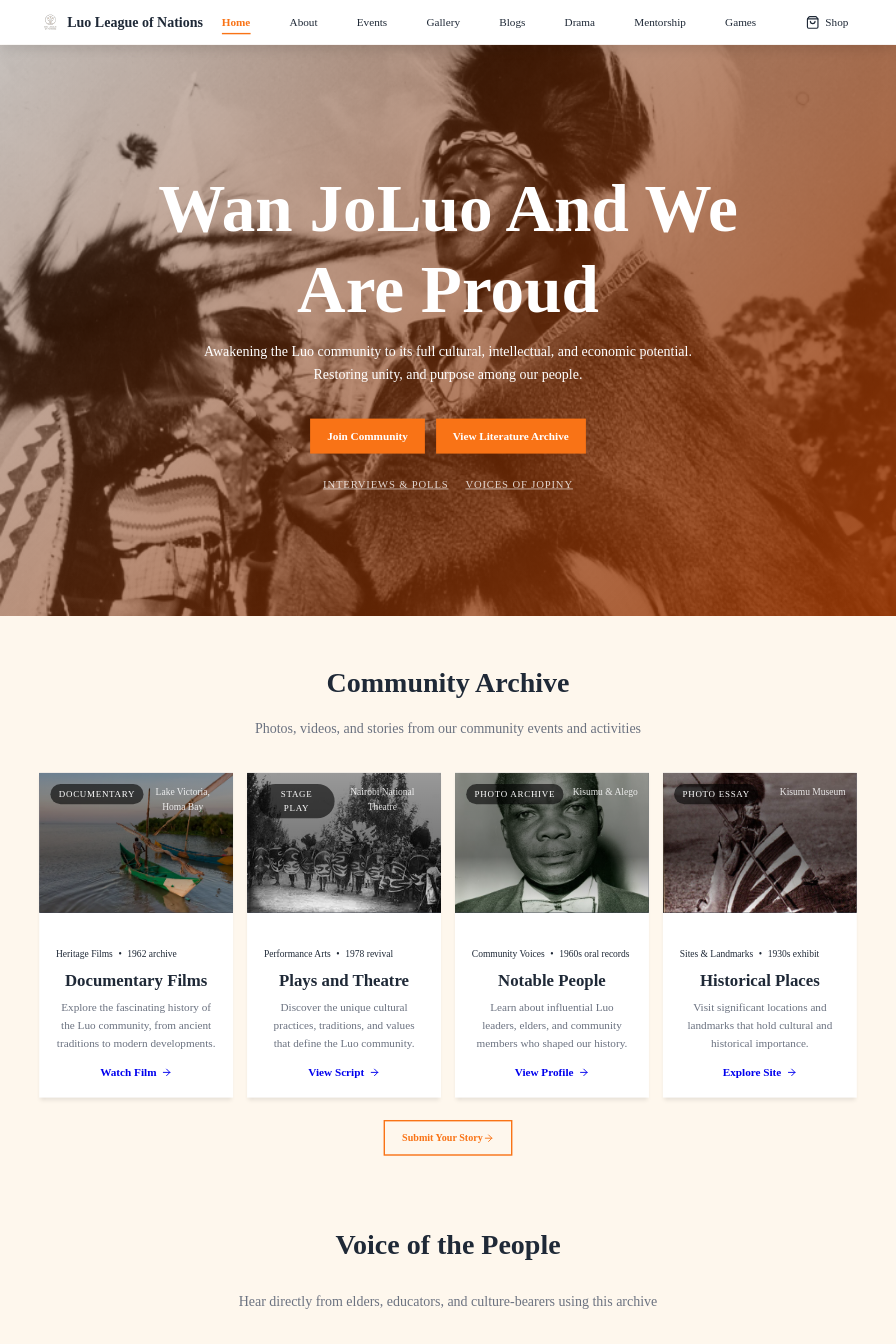
Repository: ianfranko/luo-community-history
Page: /
The author's editor kept a copy of each file at every save. The page is drawn from the files as they stood at one save, then again after the next save.
The browser window is 1280 px wide. The pictures show the part of the page from y = 0 to 1920 px (the page is 4169 px tall before and 4150 px after), at 70% of full size.
The project was rebuilt for these pictures with package versions that can differ from the ones it lists, and the page was loaded fresh each time. The framework's server and built-in components were replaced by stand-ins that run in the browser. Also part of the build but not shown: next.config.ts.

Above is the page before, as saved 2025-11-23 12:30:47.

### src/app/layout.tsx
import type { Metadata } from "next";
import { Geist, Geist_Mono } from "next/font/google";
import "./globals.css";
import Layout from "@/components/Layout";

const geistSans = Geist({
  variable: "--font-geist-sans",
  subsets: ["latin"],
});

const geistMono = Geist_Mono({
  variable: "--font-geist-mono",
  subsets: ["latin"],
});

export const metadata: Metadata = {
  title: "Luo League of Nations",
  description: "Preserving and sharing the rich cultural heritage and history of the Luo people",
  icons: {
    icon: "/LLNLOGO.svg",
    shortcut: "/LLNLOGO.svg",
    apple: "/LLNLOGO.svg",
  },
};

export default function RootLayout({
  children,
}: Readonly<{
  children: React.ReactNode;
}>) {
  return (
    <html lang="en">
      <body
        className={`${geistSans.variable} ${geistMono.variable} antialiased`}
      >
        <Layout>{children}</Layout>
      </body>
    </html>
  );
}

### src/app/globals.css
/* Reset and base styles */
* {
  margin: 0;
  padding: 0;
  box-sizing: border-box;
}

:root {
  --primary-color: #f97316;
  --secondary-color: #eab308;
  --accent-color: #ea580c;
  --text-dark: #1f2937;
  --text-light: #6b7280;
  --bg-light: #fef7ed;
  --bg-white: #ffffff;
  --border-color: #e5e7eb;
  --shadow: 0 4px 6px -1px rgba(0, 0, 0, 0.1);
  --shadow-lg: 0 10px 15px -3px rgba(0, 0, 0, 0.1);
  --font-sans: var(--font-geist-sans), system-ui, -apple-system, sans-serif;
  --font-mono: var(--font-geist-mono), 'Courier New', monospace;

  /* New Colors */
  --forest-green: #2E7D32;
  --lake-blue: #0277BD;
  --cream: #F5F5DC;
}

body {
  font-family: var(--font-sans);
  line-height: 1.6;
  color: var(--text-dark);
  background-color: var(--bg-light);
}

/* Utility classes */
.container {
  max-width: 1200px;
  margin: 0 auto;
  padding: 0 1rem;
}

.flex {
  display: flex;
}

.flex-col {
  flex-direction: column;
}

.items-center {
  align-items: center;
}

.justify-center {
  justify-content: center;
}

.justify-between {
  justify-content: space-between;
}

.text-center {
  text-align: center;
}

.grid {
  display: grid;
}

.grid-cols-1 {
  grid-template-columns: repeat(1, minmax(0, 1fr));
}

.grid-cols-2 {
  grid-template-columns: repeat(2, minmax(0, 1fr));
}

.grid-cols-3 {
  grid-template-columns: repeat(3, minmax(0, 1fr));
}

.gap-2 {
  gap: 0.5rem;
}

.gap-4 {
  gap: 1rem;
}

.gap-6 {
  gap: 1.5rem;
}

.gap-8 {
  gap: 2rem;
}

.space-y-4 > * + * {
  margin-top: 1rem;
}

.space-y-6 > * + * {
  margin-top: 1.5rem;
}

.space-y-8 > * + * {
  margin-top: 2rem;
}

/* Typography */
.text-sm {
  font-size: 0.875rem;
}

.text-base {
  font-size: 1rem;
}

.text-lg {
  font-size: 1.125rem;
}

.text-xl {
  font-size: 1.25rem;
}

.text-2xl {
  font-size: 1.5rem;
}

.text-3xl {
  font-size: 1.875rem;
}

.text-4xl {
  font-size: 2.25rem;
}

.text-5xl {
  font-size: 6rem;
}

.font-semibold {
  font-weight: 600;
}

.font-bold {
  font-weight: 700;
}

/* Colors */
.text-primary {
  color: var(--primary-color);
}

.text-secondary {
  color: var(--secondary-color);
}

.text-gray-600 {
  color: var(--text-light);
}

.text-gray-700 {
  color: #374151;
}

.text-gray-800 {
  color: #1f2937;
}

.text-white {
  color: white;
}

.bg-primary {
  background-color: var(--primary-color);
}

.bg-secondary {
  background-color: var(--secondary-color);
}

.bg-white {
  background-color: var(--bg-white);
}

.bg-gradient {
  background: linear-gradient(135deg, var(--primary-color), var(--secondary-color));
}

/* New Color Utilities */
.text-forest-green {
  color: var(--forest-green);
}

.text-lake-blue {
  color: var(--lake-blue);
}

.bg-forest-green {
  background-color: var(--forest-green);
}

.bg-lake-blue {
  background-color: var(--lake-blue);
}

.bg-cream {
  background-color: var(--cream);
}

.border-forest-green {
  border-color: var(--forest-green);
}

.border-lake-blue {
  border-color: var(--lake-blue);
}

/* Spacing */
.p-4 {
  padding: 1rem;
}

.p-6 {
  padding: 1.5rem;
}

.p-8 {
  padding: 2rem;
}

.py-4 {
  padding-top: 1rem;
  padding-bottom: 1rem;
}

.py-8 {
  padding-top: 2rem;
  padding-bottom: 2rem;
}

.py-12 {
  padding-top: 3rem;
  padding-bottom: 3rem;
}

.py-16 {
  padding-top: 4rem;
  padding-bottom: 4rem;
}

.px-4 {
  padding-left: 1rem;
  padding-right: 1rem;
}

.px-6 {
  padding-left: 1.5rem;
  padding-right: 1.5rem;
}

.m-4 {
  margin: 1rem;
}

.mb-4 {
  margin-bottom: 1rem;
}

.mb-6 {
  margin-bottom: 1.5rem;
}

.mb-8 {
  margin-bottom: 2rem;
}

.mt-8 {
  margin-top: 2rem;
}

/* Border and shadow */
.rounded {
  border-radius: 0.25rem;
}

.rounded-lg {
  border-radius: 0.5rem;
}

.rounded-xl {
  border-radius: 0.75rem;
}

.shadow {
  box-shadow: var(--shadow);
}

.shadow-lg {
  box-shadow: var(--shadow-lg);
}

.border {
  border: 1px solid var(--border-color);
}

/* Button styles */
.btn {
  display: inline-flex;
  align-items: center;
  justify-content: center;
  padding: 0.75rem 1.5rem;
  border-radius: 0rem;
  font-weight: 600;
  text-decoration: none;
  transition: all 0.2s ease;
  cursor: pointer;
  border: none;
}

.btn-primary {
  background-color: var(--primary-color);
  color: white;
}

.btn-primary:hover {
  background-color: var(--accent-color);
  transform: translateY(-1px);
}

.btn-secondary {
  background-color: var(--secondary-color);
  color: white;
}

.btn-secondary:hover {
  background-color: #ca8a04;
  transform: translateY(-1px);
}

.btn-outline {
  background-color: transparent;
  color: var(--primary-color);
  border: 2px solid var(--primary-color);
}

.btn-outline:hover {
  background-color: var(--primary-color);
  color: white;
}

/* Card styles */
.card {
  background-color: var(--bg-white);
  border-radius: 0rem;
  box-shadow: var(--shadow);
  overflow: hidden;
  transition: transform 0.2s ease, box-shadow 0.2s ease;
}

.card:hover {
  transform: translateY(-2px);
  box-shadow: var(--shadow-lg);
}

.card-body {
  padding: 1.5rem;
}

.card-title {
  font-size: 1.25rem;
  font-weight: 600;
  margin-bottom: 0.5rem;
}

.card-text {
  color: var(--text-light);
  line-height: 1.6;
}

/* Responsive design */
@media (min-width: 768px) {
  .md\:grid-cols-2 {
    grid-template-columns: repeat(2, minmax(0, 1fr));
  }

  .md\:grid-cols-3 {
    grid-template-columns: repeat(3, minmax(0, 1fr));
  }

  .md\:flex {
    display: flex;
  }

  .md\:flex-row {
    flex-direction: row;
  }

  .md\:justify-center {
    justify-content: center;
  }

  .md\:gap-4 {
    gap: 1rem;
  }

  .md\:flex-wrap {
    flex-wrap: wrap;
  }

  .md\:text-left {
    text-align: left;
  }

  .md\:px-6 {
    padding-left: 1.5rem;
    padding-right: 1.5rem;
  }

  .md\:py-16 {
    padding-top: 4rem;
    padding-bottom: 4rem;
  }
}

@media (min-width: 1024px) {
  .lg\:grid-cols-3 {
    grid-template-columns: repeat(3, minmax(0, 1fr));
  }

  .lg\:grid-cols-4 {
    grid-template-columns: repeat(4, minmax(0, 1fr));
  }

  .lg\:px-8 {
    padding-left: 2rem;
    padding-right: 2rem;
  }

  .lg\:py-20 {
    padding-top: 5rem;
    padding-bottom: 5rem;
  }
}

/* Hero section styles */
.hero {
  background: linear-gradient(135deg, rgba(51, 23, 3, 0.2), rgba(156, 56, 3, 0.9)),
              url('/COLLECTIE_TROPENMUSEUM_Luo_dansers_in_krijgskostuum_tijdens_de_Eldoret_Agricultural_Show_TMnr_20014318.jpg') center/cover no-repeat;
  color: white;
  padding: 11rem 0rem; /* base padding for desktop */
  position: relative;
  overflow: hidden;
}

.hero::before {
  content: '';
  position: absolute;
  inset: 0;
  background:
    rgba(0, 0, 0, 0.85),
    url("data:[embedded picture, 296 characters]");
  background-size: cover;
  pointer-events: none;
  z-index: 1;
}

.hero > * {
  position: relative;
  z-index: 2;
}

.hero-content {
  position: relative;
  z-index: 1;
  max-width: 900px;
  margin: 0 auto;
  text-align: center;
}

/* Scalable heading and text */
.hero-content h1 {
  font-weight: 700;
  line-height: 1.2;
  margin-bottom: 1rem;
}

.hero-content p {
  line-height: 1.6;
  margin-bottom: 2rem;
}

/* Mobile-specific adjustments */
@media (max-width: 767px) {
  .hero {
    padding: 6rem 1rem;
  }

  .hero-content {
    text-align: center;
  }

  .hero-content h1 {
    font-size: clamp(1.5rem, 6vw, 3rem);
  }

  .hero-content p {
    font-size: clamp(0.9rem, 4vw, 1.1rem);
  }
}


/* Search styles */
.search-container {
  position: relative;
  max-width: 500px;
  margin: 0 auto;
}

.search-input {
  width: 100%;
  padding: 1rem 1.5rem;
  border-radius: 2rem;
  border: none;
  background-color: rgba(255, 255, 255, 0.9);
  font-size: 1rem;
  outline: none;
  transition: all 0.2s ease;
}

.search-input:focus {
  background-color: white;
  box-shadow: 0 0 0 3px rgba(249, 115, 22, 0.3);
}

.search-button {
  position: absolute;
  right: 0.5rem;
  top: 50%;
  transform: translateY(-50%);
  background-color: var(--primary-color);
  border: none;
  border-radius: 50%;
  width: 2.5rem;
  height: 2.5rem;
  display: flex;
  align-items: center;
  justify-content: center;
  cursor: pointer;
  transition: background-color 0.2s ease;
}

.search-button:hover {
  background-color: var(--accent-color);
}

/* Section styles */
.section {
  padding: 4rem 0;
}

.section-title {
  font-size: 2.5rem;
  font-weight: 700;
  text-align: center;
  margin-bottom: 1rem;
  color: var(--text-dark);
}

.section-subtitle {
  font-size: 1.25rem;
  text-align: center;
  color: var(--text-light);
  margin-bottom: 3rem;
  max-width: 600px;
  margin-left: auto;
  margin-right: auto;
}

.cta-card {
  background: rgba(255, 255, 255, 0.08);
  border: 1px solid rgba(255, 255, 255, 0.2);
  border-radius: 20px;
  padding: 2rem;
  backdrop-filter: blur(12px);
  box-shadow: 0 25px 45px rgba(0, 0, 0, 0.25);
  color: white;
  text-align: left;
}

.cta-card-orange {
  background: linear-gradient(135deg, rgba(249, 116, 22, 0.551), rgba(234, 88, 12, 0.85));
  backdrop-filter: blur(10px);
  color: white;
  border-radius: 16px;
  box-shadow: 0 10px 25px rgba(0,0,0,0.25);
}



.cta-stat {
  font-size: clamp(2.5rem, 4vw, 3.5rem);
  font-weight: 700;
  line-height: 1;
}

.cta-label {
  margin-top: 0.75rem;
  font-size: 0.95rem;
  letter-spacing: 0.12em;
  text-transform: uppercase;
  color: rgba(255, 255, 255, 0.85);
}

.cta-body {
  margin-top: 1rem;
  font-size: 1.05rem;
  line-height: 1.6;
  color: rgba(255, 255, 255, 0.95);
}

/* Feature grid */
.feature-grid {
  display: grid;
  grid-template-columns: repeat(auto-fit, minmax(300px, 2fr));
  gap: 2rem;
  margin-top: 3rem;
}

.feature-card {
  background-color: var(--bg-white);
  padding: 2rem;
  border-radius: 0rem;
  box-shadow: var(--shadow);
  text-align: center;
  transition: transform 0.2s ease, box-shadow 0.2s ease;
}

.feature-card:hover {
  transform: translateY(-4px);
  box-shadow: var(--shadow-lg);
}

.gallery-card-image {
  width: 100%;
  height: 200px;
  margin-bottom: 1.5rem;
  border-radius: 0rem;
  overflow: hidden;
  background-color: #0f172a;
  position: relative;
}

.feature-icon {
  width: 4rem;
  height: 4rem;
  background: var(--bg-gradient);
  border-radius: 50%;
  display: flex;
  align-items: center;
  justify-content: center;
  margin: 0 auto 1.5rem;
  color: white;
}

.feature-title {
  font-size: 1.5rem;
  font-weight: 600;
  margin-bottom: 1rem;
  color: var(--text-dark);
}

.feature-description {
  color: var(--text-light);
  line-height: 1.6;
}

/* Testimonials grid */
.testimonial-grid {
  display: grid;
  grid-template-columns: repeat(auto-fit, minmax(280px, 1fr));
  gap: 1.5rem; /* slightly reduced for small screens */
  margin-top: 3rem;
  padding: 0 1rem;
}

.testimonial-card {
  background-color: var(--bg-white);
  padding: 1.5rem; /* reduced padding for mobile */
  border-radius: 0.5rem; /* slight rounding for touch-friendly */
  box-shadow: 0 6px 20px rgba(0,0,0,0.1);
  transition: transform 0.3s ease, box-shadow 0.3s ease;
  position: relative;
  overflow: hidden;
}

.testimonial-quote {
  font-size: clamp(0.95rem, 2.5vw, 1.1rem);
  line-height: 1.6;
  margin-bottom: 1rem;
}

.testimonial-author {
  margin-top: 0.5rem;
}

.author-name {
  font-weight: 600;
  color: var(--text-dark);
  font-size: clamp(0.9rem, 2vw, 1rem);
}

.author-title {
  font-size: clamp(0.8rem, 1.8vw, 0.9rem);
  color: var(--text-light);
}

/* Optional: reduce gap on very small devices */
@media (max-width: 480px) {
  .testimonial-grid {
    gap: 1rem;
  }

  .testimonial-card {
    padding: 1rem;
  }
}

/* Stats section */
/* ========================= */
/* STATS SECTION RESPONSIVE  */
/* ========================= */
.stats-grid {
  display: grid;
  grid-template-columns: repeat(auto-fit, minmax(180px, 1fr));
  gap: 1.5rem; /* smaller gap for mobile */
  margin-top: 3rem;
  padding: 0 1rem; /* ensure padding on small screens */
}

.stat-item {
  text-align: center;
  padding: 1rem 1.5rem; /* slightly smaller padding for mobile */
  background-color: var(--bg-white);
  border-radius: 0.5rem;
  box-shadow: var(--shadow);
  transition: transform 0.2s ease, box-shadow 0.2s ease;
}

.stat-item:hover {
  transform: translateY(-4px);
  box-shadow: var(--shadow-lg);
}

.stat-number {
  font-size: clamp(2rem, 5vw, 3rem); /* scales from mobile to desktop */
  font-weight: 700;
  color: var(--primary-color);
  display: block;
  line-height: 1.2;
}

.stat-label {
  font-size: clamp(0.9rem, 2.5vw, 1.1rem); /* scales nicely */
  color: var(--text-light);
  margin-top: 0.5rem;
}

/* Extra small devices adjustments */
@media (max-width: 480px) {
  .stats-grid {
    gap: 1rem;
  }

  .stat-item {
    padding: 0.75rem 1rem;
  }
}


/* Navigation styles */
.header-nav {
  display: none;
}

.desktop-nav-links {
  display: flex;
  gap: 2rem;
  align-items: center;
}

.menu-toggle {
  display: block;
}

.nav-link {
  color: var(--text-dark);
  text-decoration: none;
  font-weight: 500;
  transition: color 0.2s ease;
  display: flex;
  align-items: center;
  gap: 0.5rem;
  padding: 0.5rem 0.75rem;
  border-radius: 0.5rem;
  position: relative;
}

.nav-link:hover {
  color: var(--primary-color);
}

.nav-link-active {
  color: var(--primary-color);
  font-weight: 600;
}

.nav-link.nav-link-active::after {
  content: '';
  position: absolute;
  left: 0.75rem;
  right: 0.75rem;
  bottom: 0.25rem;
  height: 2px;
  background-color: var(--primary-color);
}

.nav-link-mobile.nav-link-active {
  color: var(--primary-color);
  font-weight: 600;
}

.nav-link-mobile {
  display: flex;
  align-items: center;
  gap: 0.5rem;
  padding: 0.75rem;
  color: var(--text-dark);
  text-decoration: none;
  border-radius: 0.5rem;
  transition: color 0.2s ease;
}

.nav-link-mobile:hover {
  color: var(--primary-color);
}

.mobile-nav {
  width: 100%;
  background-color: var(--bg-white);
  border-top: 1px solid var(--border-color);
  box-shadow: var(--shadow);
  animation: mobileNavReveal 0.2s ease;
}

@keyframes mobileNavReveal {
  from {
    opacity: 0;
    transform: translateY(-8px);
  }
  to {
    opacity: 1;
    transform: translateY(0);
  }
}

@media (min-width: 768px) {
  .header-nav {
    display: flex;
  }

  .menu-toggle {
    display: none;
  }

  .mobile-nav {
    display: none;
  }
}

/* Footer styles */
.footer {
  background-color: var(--text-dark);
  color: white;
  padding: 3rem 0 1rem;
}

.footer-content {
  display: grid;
  grid-template-columns: repeat(auto-fit, minmax(250px, 1fr));
  gap: 2rem;
  margin-bottom: 2rem;
}

.footer-section h3 {
  font-size: 1.25rem;
  font-weight: 600;
  margin-bottom: 1rem;
}

.footer-section ul {
  list-style: none;
}

.footer-section li {
  margin-bottom: 0.5rem;
}

.footer-section a {
  color: #9ca3af;
  text-decoration: none;
  transition: color 0.2s ease;
}

.footer-section a:hover {
  color: var(--primary-color);
}

.footer-bottom {
  border-top: 1px solid #374151;
  padding-top: 1rem;
  text-align: center;
  color: #9ca3af;
}

### src/components/Layout.tsx
'use client'

import Link from 'next/link'
import Image from 'next/image'
import { useEffect, useState } from 'react'
import { Menu, X, ShoppingBag } from 'lucide-react'
import { usePathname } from 'next/navigation'

const navigation = [
  { name: 'Home', href: '/' },
  { name: 'About', href: '/about' },
  { name: 'Events', href: '/events' },
  { name: 'Gallery', href: '/Gallery' },
  { name: 'Blogs', href: '/BlogList' },
  { name: 'Drama', href: '/Drama' },
  { name: 'Mentorship', href: '/mentorship' },
  { name: 'Games', href: '/games' },
]

export default function Layout({ children }: { children: React.ReactNode }) {
  const [isMenuOpen, setIsMenuOpen] = useState(false)
  const pathname = usePathname()

  useEffect(() => {
    setIsMenuOpen(false)
  }, [pathname])

  useEffect(() => {
    if (!isMenuOpen) return

    const handleKeyDown = (event: KeyboardEvent) => {
      if (event.key === 'Escape') {
        setIsMenuOpen(false)
      }
    }

    window.addEventListener('keydown', handleKeyDown)
    return () => window.removeEventListener('keydown', handleKeyDown)
  }, [isMenuOpen])

  return (
    <div style={{ minHeight: '100vh', backgroundColor: 'var(--bg-light)' }}>
      {/* Header */}
      <header style={{
        backgroundColor: 'var(--bg-white)',
        boxShadow: 'var(--shadow-lg)',
        position: 'sticky',
        top: 0,
        zIndex: 50
      }}>
        <div className="container">
          <div style={{
            display: 'flex',
            justifyContent: 'space-between',
            alignItems: 'center',
            height: '4rem'
          }}>
            {/* Logo */}
            <Link
              href="/"
              style={{
                display: 'flex',
                alignItems: 'center',
                gap: '0.5rem',
                textDecoration: 'none',
              }}
            >
              <Image
                src="/LLNLOGO.svg"
                alt="Luo League of Nations Logo"
                width={32}
                height={32}
                style={{ objectFit: 'contain' }}
              />
              <span style={{ fontSize: '1.25rem', fontWeight: '700', color: 'var(--text-dark)' }}>
                Luo League of Nations
              </span>
            </Link>

            {/* Desktop Navigation */}
            <nav className="header-nav" aria-label="Primary navigation">
              <div className="desktop-nav-links">
                {navigation.map((item) => {
                  const isActive =
                    item.href === '/'
                      ? pathname === item.href
                      : pathname?.startsWith(item.href)

                  return (
                    <Link
                      key={item.name}
                      href={item.href}
                      className={`nav-link ${isActive ? 'nav-link-active' : ''}`}
                    >
                      <span>{item.name}</span>
                    </Link>
                  )
                })}
              </div>
            </nav>

            {/* Shop Merch Link */}
            <Link
              href="/shop"
              className="nav-link"
              style={{
                marginLeft: '2rem'
              }}
            >
              <ShoppingBag size={20} />
              <span className="shop-text">Shop</span>
            </Link>

            {/* Hamburger menu button */}
            <button
              className="menu-toggle"
              style={{
                padding: '0.5rem',
                color: 'var(--text-dark)',
                border: 'none',
                background: 'none',
                cursor: 'pointer'
              }}
              aria-label={isMenuOpen ? 'Close navigation menu' : 'Open navigation menu'}
              aria-expanded={isMenuOpen}
              aria-controls="mobile-nav"
              onClick={() => setIsMenuOpen(!isMenuOpen)}
            >
              {isMenuOpen ? <X size={24} /> : <Menu size={24} />}
            </button>
          </div>
        </div>

        {/* Navigation Dropdown */}
        {isMenuOpen && (
          <nav
            id="mobile-nav"
            aria-label="Mobile navigation"
            className="mobile-nav"
          >
            <div style={{
              padding: '1rem'
            }} className="flex flex-col gap-2 md:flex-row md:justify-center md:gap-4 md:flex-wrap">
              {navigation.map((item) => {
                const isActive =
                  item.href === '/'
                    ? pathname === item.href
                    : pathname?.startsWith(item.href)

                return (
                  <Link
                    key={item.name}
                    href={item.href}
                    className={`nav-link-mobile ${isActive ? 'nav-link-active' : ''}`}
                    onClick={() => setIsMenuOpen(false)}
                  >
                    <span>{item.name}</span>
                  </Link>
                )
              })}

              {/* Shop Merch in Mobile Nav */}
              <Link
                href="/shop"
                className="nav-link-mobile"
                onClick={() => setIsMenuOpen(false)}
              >
                <ShoppingBag size={20} />
                <span>Shop Merch</span>
              </Link>

            </div>
          </nav>
        )}
      </header>

      {/* Main Content */}
      <main style={{ flex: 1 }}>
        {children}
      </main>

      {/* Footer */}
      <footer className="footer">
        <div className="container">
          <div className="footer-content">
            <div className="footer-section">
              <div style={{ display: 'flex', alignItems: 'center', gap: '0.5rem', marginBottom: '1rem' }}>
                <Image
                  src="/lln.svg"
                  alt="Luo League of Nations Logo"
                  width={32}
                  height={32}
                  style={{ objectFit: 'contain' }}
                />
                <span style={{ fontSize: '1.25rem', fontWeight: '700' }}>Luo League of Nations</span>
              </div>
              <p style={{ color: '#9ca3af', marginBottom: '1rem' }}>
                Preserving and sharing the rich cultural heritage and history of the Luo people for future generations.
              </p>
            </div>

            <div className="footer-section">
              <h3>Quick Links</h3>
              <ul>
                <li><Link href="/culture">Culture</Link></li>
                <li><Link href="/people">Notable People</Link></li>
                <li><Link href="/places">Historical Places</Link></li>
                <li><Link href="/events">Events</Link></li>
                <li><Link href="/Gallery">Gallery</Link></li>
              </ul>
            </div>

            <div className="footer-section">
              <h3>Community</h3>
              <ul>
                <li><Link href="/about">About Us</Link></li>
                <li><Link href="/contact">Contact</Link></li>
              </ul>
            </div>
          </div>

          <div className="footer-bottom">
            <p>&copy; 2025 Luo League of Nations. All rights reserved.</p>
          </div>
        </div>
      </footer>


    </div>
  )
}

Loaded but not shown: src/app/page.tsx (490 lines, source omitted)

After the next save:
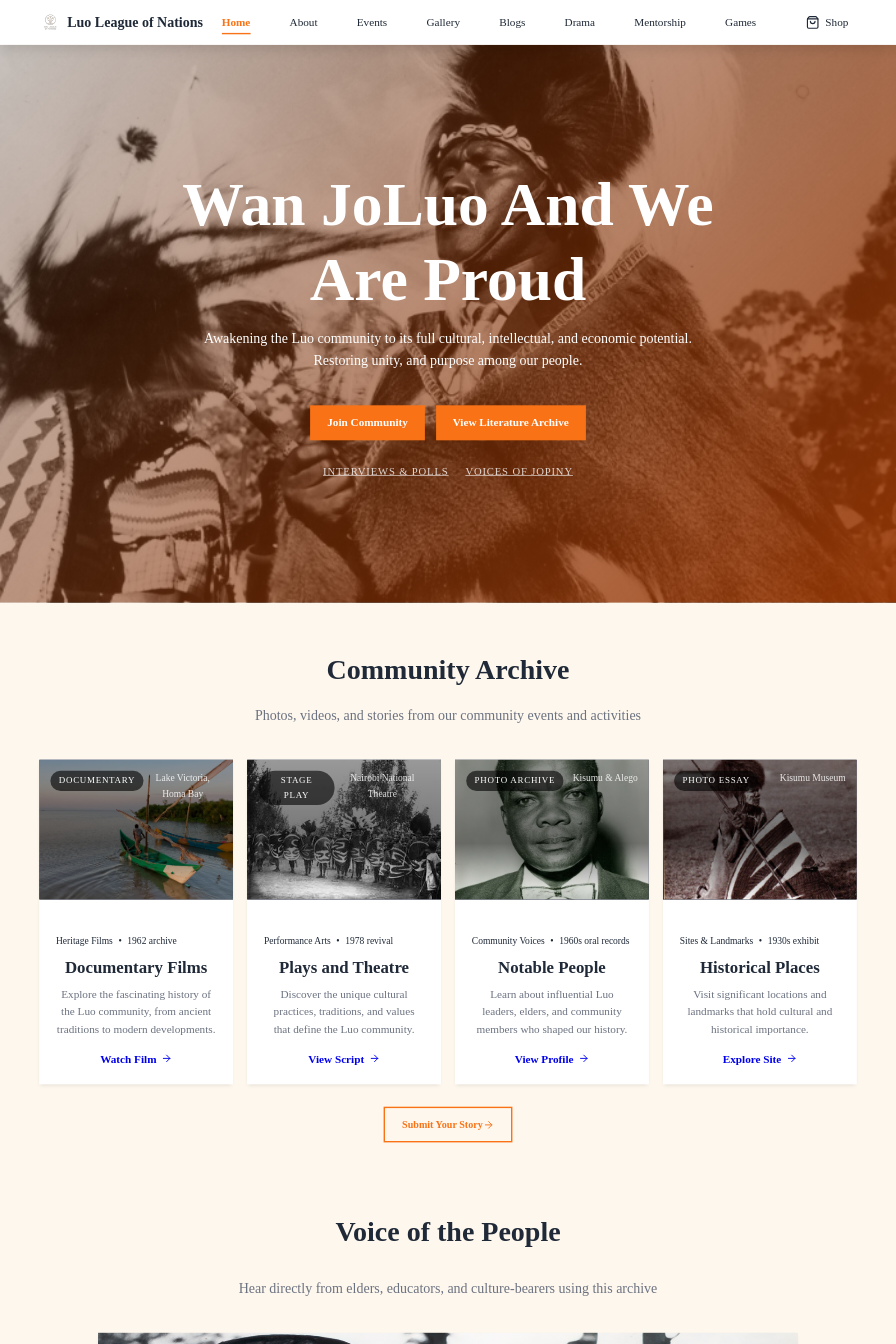
Saved 41 s later.
--- a/src/app/globals.css
+++ b/src/app/globals.css
@@ -137,7 +137,7 @@ body {
 }
 
 .text-5xl {
-  font-size: 6rem;
+  font-size: 5.5rem;
 }
 
 .font-semibold {
